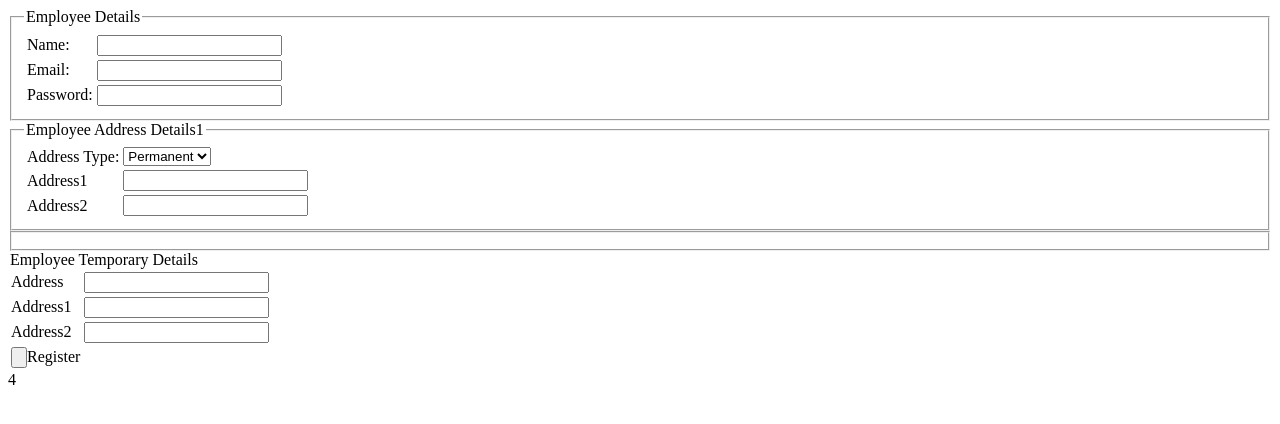
Repository: Shivani-N-Shivakumar/TY_CG_HTD_Bangalore-November_JFS_ShivaniNS-
Page: http://localhost/empmvc/WEB-INF/view/register.jsp
These files come from the project's save history. The page is drawn as it stood at one moment and after the next save; the edit follows.
The browser window is 1280 px wide. The pictures show the whole page.
The page is served by Tomcat 9. Nobody is signed in. Other server files are loaded and not shown. The template is opened directly, without the code that normally fills it, so the values that code supplies are empty.

Above is the page before, as saved 2019-12-24 05:54:01.

### BackEnd/Spring-workspace/empmvc/src/main/webapp/WEB-INF/view/register.jsp
<%@ page language="java" contentType="text/html; charset=ISO-8859-1"
    pageEncoding="ISO-8859-1"%>
<!DOCTYPE html>
<html>
<head>
<meta charset="ISO-8859-1">
<title>Insert title here</title>
</head>
<body>


<form action="./Register" method="post">
<fieldset>
<legend> Employee Details</legend>
<table>
<tr>
<td>Name:</td>
<td><input type="text" name="name"></td>
</tr>


<tr>
<td>Email:</td>
<td><input type="email" name="email"></td>
</tr>
<tr>
<td>Password:</td>
<td><input type="password" name="password"></td>
</tr>

</table>
</fieldset>




<fieldset>
<legend>Employee  Address Details1</legend>

<table>
<tr>
<td>Address Type:</td>

<td><select name="addType">
<option>Permanent</option>
<option>Temp</option></select></td>
</tr>


<tr>
<td>Address1</td>
<td><input type="text" name="address1"></td>
</tr>
<tr>
<td>Address2</td>
<td><input type="text" name="address2"></td>
</tr>

</table>
</fieldset>



<fieldset></fieldset>
<legend>Employee Temporary Details</legend>
<table>
<tr>
<td>Address</td>
<td><input type="text" name="address"></td>
</tr>


<tr>
<td>Address1</td>
<td><input type="text" name="address1"></td>
</tr>
<tr>
<td>Address2</td>
<td><input type="text" name="address2"></td>
</tr>
<tr>
<td><input type="button" name="Register" >Register</td>
</tr>
</table>
</form>







4
</body>
</html>

After the next save:
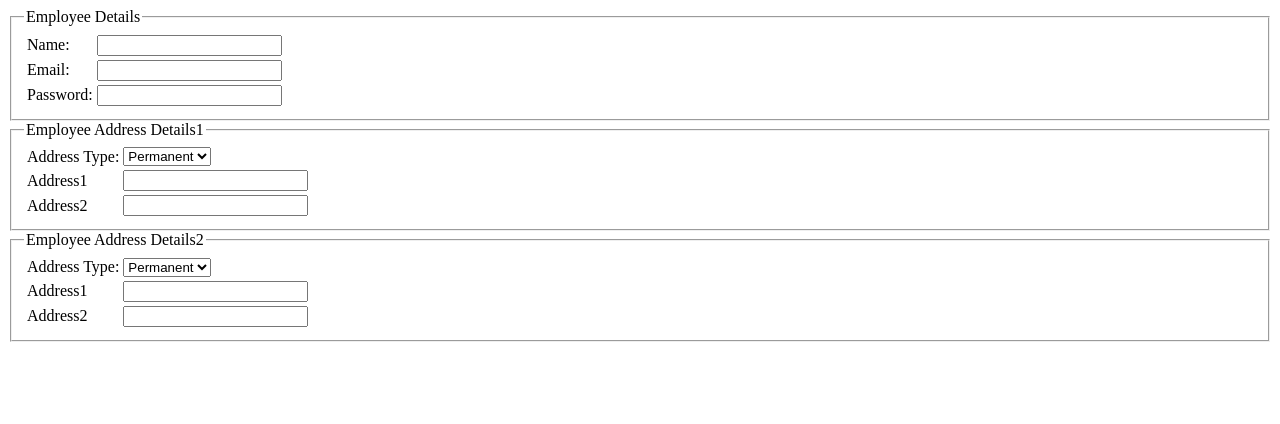
Saved 6 s later.
--- a/BackEnd/Spring-workspace/empmvc/src/main/webapp/WEB-INF/view/register.jsp
+++ b/BackEnd/Spring-workspace/empmvc/src/main/webapp/WEB-INF/view/register.jsp
@@ -41,47 +41,70 @@
 <tr>
 <td>Address Type:</td>
 
-<td><select name="addType">
-<option>Permanent</option>
-<option>Temp</option></select></td>
+<td><select name="addressBeans[0].addType">
+<option value="P">Permanent</option>
+<option value="T">Temporary</option></select></td>
 </tr>
 
 
 <tr>
 <td>Address1</td>
-<td><input type="text" name="address1"></td>
+<td><input type="text" name="addressBeans[0].address1"></td>
 </tr>
 <tr>
 <td>Address2</td>
-<td><input type="text" name="address2"></td>
+<td><input type="text" name="addressBeans[0].address2"></td>
 </tr>
 
 </table>
 </fieldset>
 
+<fieldset>
+<legend>Employee  Address Details2</legend>
 
-
-<fieldset></fieldset>
-<legend>Employee Temporary Details</legend>
 <table>
 <tr>
-<td>Address</td>
-<td><input type="text" name="address"></td>
+<td>Address Type:</td>
+
+<td><select name="addressBeans[1].addType">
+<option value="P">Permanent</option>
+<option value="T">Temporary</option></select></td>
 </tr>
 
 
 <tr>
 <td>Address1</td>
-<td><input type="text" name="address1"></td>
+<td><input type="text" name="addressBeans[1].address1"></td>
 </tr>
 <tr>
 <td>Address2</td>
-<td><input type="text" name="address2"></td>
+<td><input type="text" name="addressBeans[1].address2"></td>
 </tr>
+
+</table>
+
+
+<table>
 <tr>
-<td><input type="button" name="Register" >Register</td>
-</tr>
 </table>
+</fieldset>
+
+
+
+
+
+
+
+
+
+
+
+
+
+
+
+
+
 </form>
 
 
@@ -90,6 +113,6 @@
 
 
 
-4
+
 </body>
 </html>
